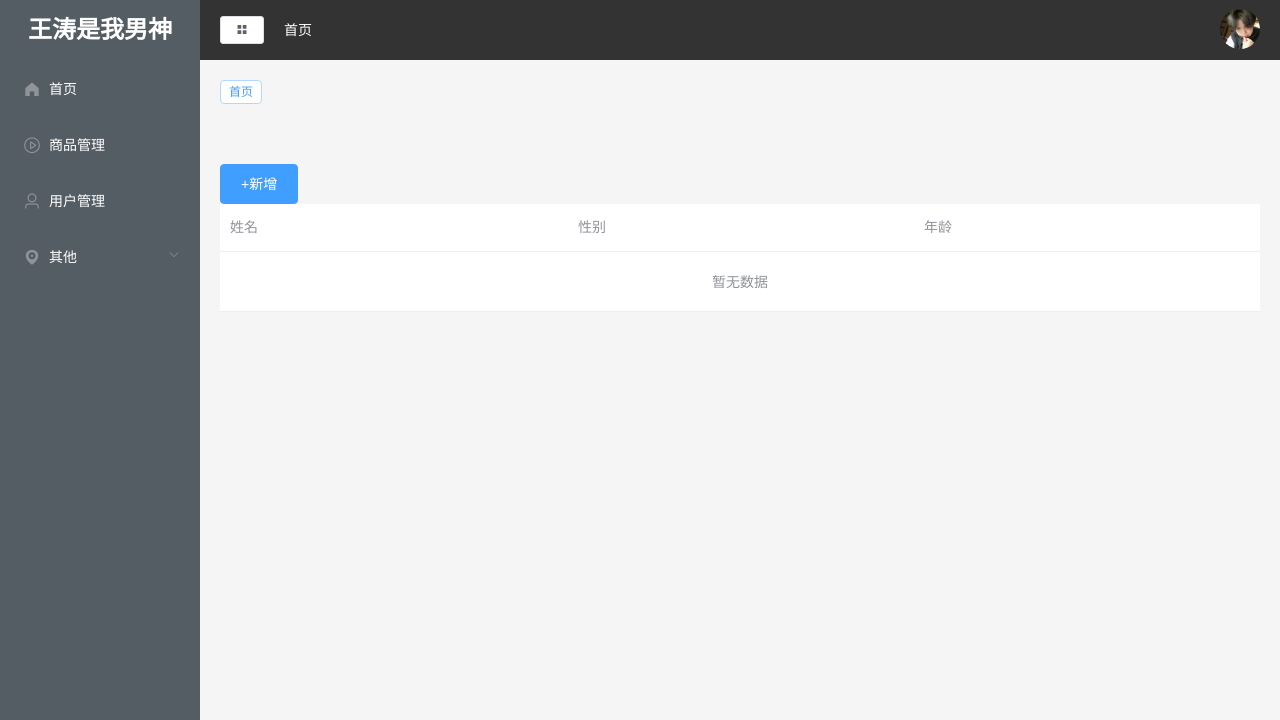
Repository: wangtao20230308/-
Page: /user
An editor plug-in stored every save of this project. The page is shown before and after the next save, followed by the edit.
The browser window is 1280 px wide. The pictures show the whole page.
The project was rebuilt for these pictures with package versions that can differ from the ones it lists, and the page was loaded fresh each time. Also part of the build but not shown: src/views/Home.vue, src/views/Mall.vue, src/views/PageOne.vue, src/views/PageTwo.vue.

Above is the page before, as saved 2023-03-24 15:08:23.

After the next save:
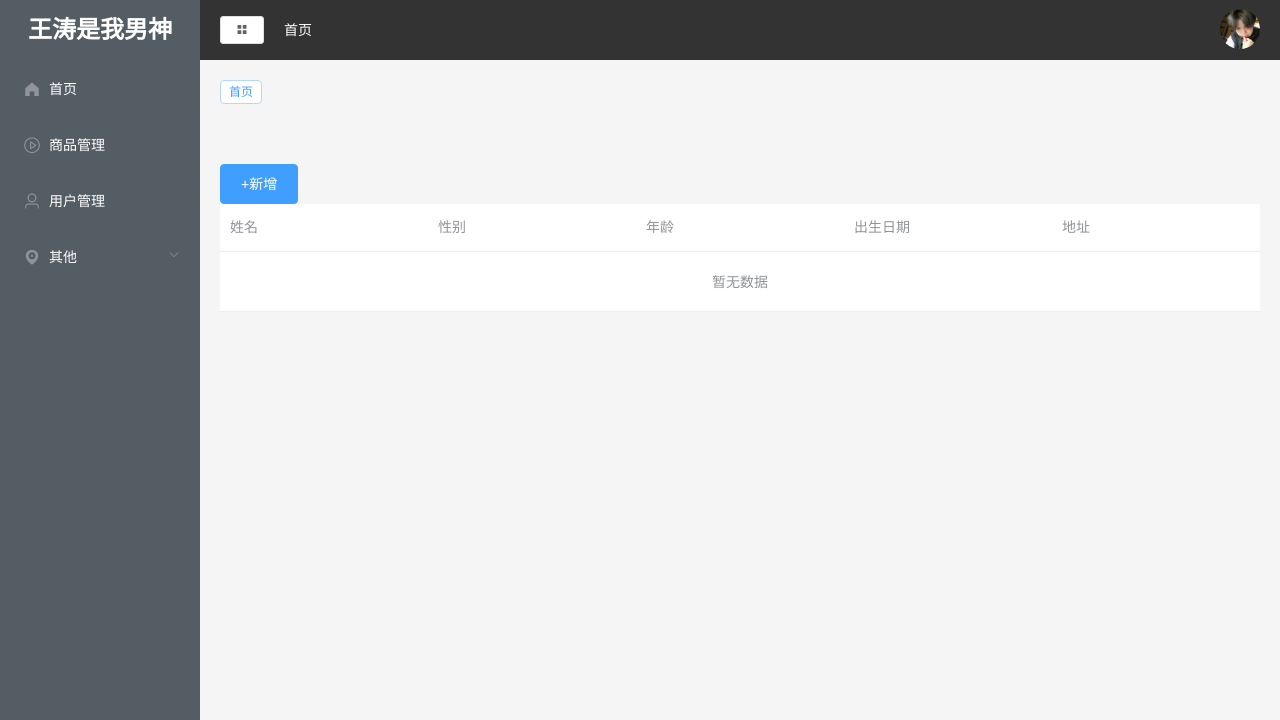
Saved 47 s later.
--- a/src/views/User.vue
+++ b/src/views/User.vue
@@ -35,6 +35,8 @@
         <el-table-column prop="name" label="姓名"> </el-table-column>
         <el-table-column prop="sex" label="性别"> </el-table-column>
         <el-table-column prop="age" label="年龄"> </el-table-column>
+        <el-table-column prop="birth" label="出生日期"> </el-table-column>
+        <el-table-column prop="addr" label="地址"> </el-table-column>
       </el-table>
     </div>
   </div>
